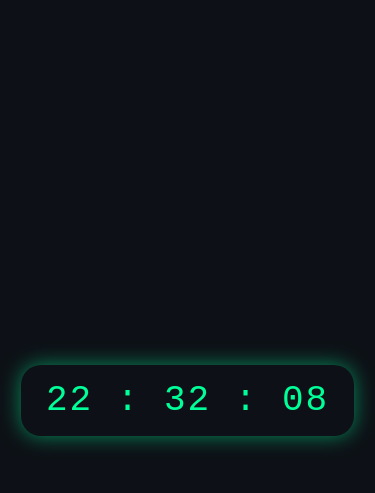
Repository: trunghau06/baiTapJs
Page: index.html
These files come from the project's save history. The page is drawn as it stood at one moment and after the next save; the edit follows.
The browser window is 375 px wide. The pictures show the whole page.

Above is the page before, as saved 2025-10-20 22:59:44.

After the next save:
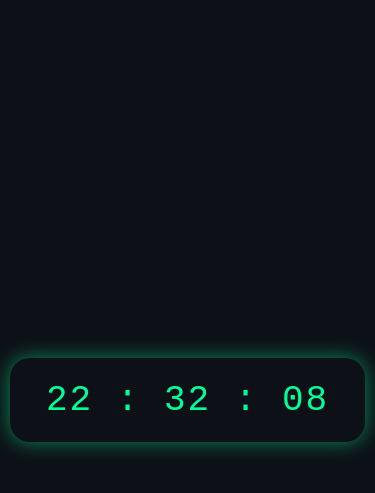
Saved 9 s later.
--- a/style.css
+++ b/style.css
@@ -24,20 +24,17 @@ body {
   max-width: 90vw;
 }
 
-/* --- RESPONSIVE --- */
-
-/* Màn hình nhỏ hơn 768px (tablet & điện thoại ngang) */
+/* Reponsive: giảm kích thước khi màn hình nhỏ */
 @media (max-width: 768px) {
   .showThoiGian {
     font-size: 50px;
-    padding: 20px 40px;
+    padding: 0.8em 1.2em;
   }
 }
 
-/* Màn hình nhỏ hơn 480px (điện thoại dọc) */
 @media (max-width: 480px) {
   .showThoiGian {
     font-size: 36px;
-    padding: 15px 25px;
+    padding: 0.6em 1em;
   }
 }
